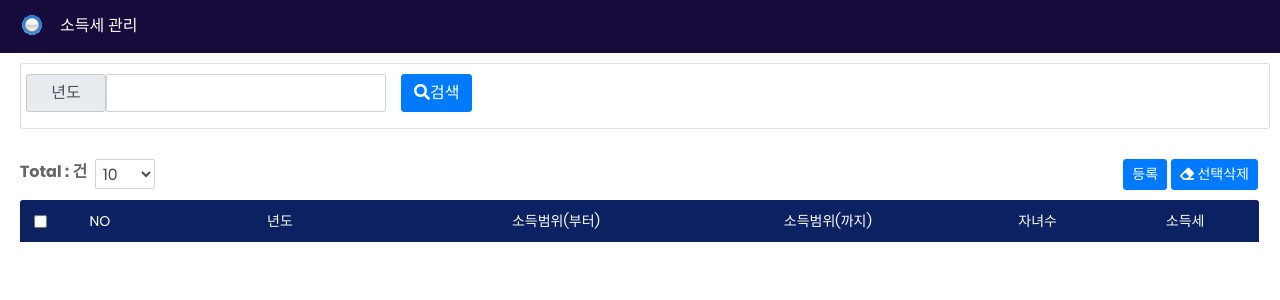
Repository: kimnamgu/GangNamGu
Page: http://localhost/manpower/WEB-INF/jsp/manage/income.jsp
An editor plug-in stored every save of this project. The page is shown before and after the next save, followed by the edit.
The browser window is 1280 px wide. The pictures show the whole page.
The page is served by Tomcat 9. Nobody is signed in. The template is opened directly, without the code that normally fills it, so the values that code supplies are empty.

Above is the page before, as saved 2020-11-04 04:12:10.
Console error: TypeError: Cannot read properties of undefined (reading 'replace')

After the next save:
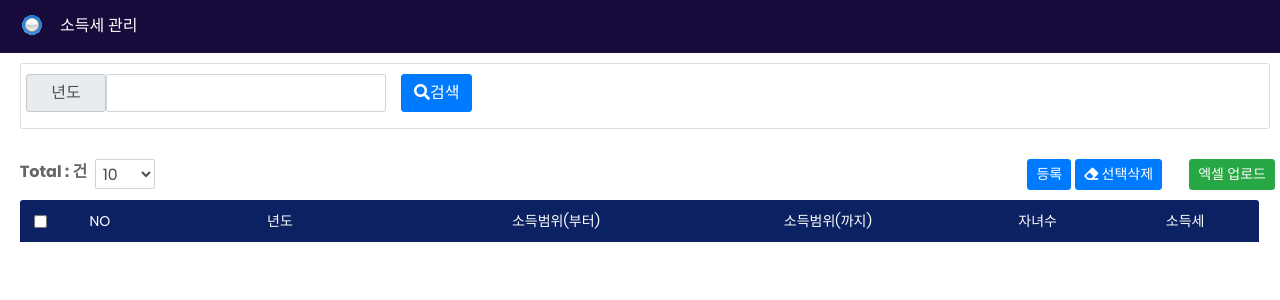
Saved 26 min 59 s later.
--- a/manpower/src/main/webapp/WEB-INF/jsp/manage/income.jsp
+++ b/manpower/src/main/webapp/WEB-INF/jsp/manage/income.jsp
@@ -364,6 +364,12 @@
 
 </form>
 
+<div class="contents" style="float:right;margin: 0 5 0 5;">
+	<a href="#this" class="btn btn-success btn-sm" id="addExcelImpoartBtn" onclick="check()">
+		엑셀 업로드
+	</a>
+</div>
+
 <div class="contents" style="float:right;margin-right:22px;margin-bottom:10px;">
 	<a href="/corona/write/domesticWrite.do" class="btn btn-primary btn-sm" id="insert">등록</a>
 	<a href="#this" class="btn btn-primary btn-sm" id="delete"><i class="fa fa-eraser"></i> 선택삭제</a>
